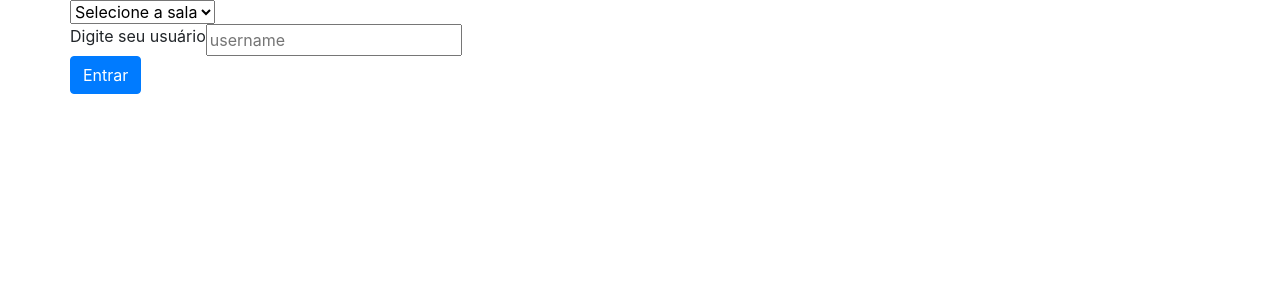
Repository: andre06x/chat-scoketio
Page: / (app in front/)
These files come from the project's save history. The page is drawn as it stood at one moment and after the next save; the edit follows.
The browser window is 1280 px wide. The pictures show the whole page.
The page's requests for data from a server got no answer. The project was rebuilt for these pictures with package versions that can differ from the ones it lists, and the page was loaded fresh each time. No one was signed in, and anything a server would have sent is missing. Also part of the build but not shown: front/vite.config.js, front/src/chat.js.

Above is the page before, as saved 2022-05-16 10:57:41.

### front/index.html
<!DOCTYPE html>
<html lang="en">
  <head>
    <meta charset="UTF-8" />
    <link rel="icon" type="image/svg+xml" href="/src/favicon.svg" />
    <meta name="viewport" content="width=device-width, initial-scale=1.0" />
    <link rel="stylesheet" href="https://cdn.jsdelivr.net/npm/bootstrap@4.6.1/dist/css/bootstrap.min.css" integrity="sha384-zCbKRCUGaJDkqS1kPbPd7TveP5iyJE0EjAuZQTgFLD2ylzuqKfdKlfG/eSrtxUkn" crossorigin="anonymous">

    <title>Vite App</title>
  </head>
  <body>
    <div id="root"></div>
    <script type="module" src="/src/main.jsx"></script>
  </body>
</html>

### front/src/App.jsx
import { useEffect, useState } from 'react'
import logo from './logo.svg'
import './App.css'
import { Rotas } from "./routes"


function App() {
  return (
    <Rotas/>
  )
}

export default App

### front/src/routes.js
import {
  BrowserRouter,
  Routes,
  Route,
} from "react-router-dom";
import React from 'react';

import { Home } from './index';
import { Chat } from './chat';

const Rotas = () => {
  return (
    <BrowserRouter>
      <Routes>
        <Route path="/" element={<Home />} />
        <Route path="chat/:sala/:user" element={<Chat />} />
      </Routes>
    </BrowserRouter>
  )
}
export { Rotas }

### front/src/index.jsx
import React, { useEffect } from 'react';
import socketIOClient from "socket.io-client";
const ENDPOINT = "http://127.0.0.1:5000";;
import axios from 'axios';
const Home = () => {

  useEffect(() => {
    const socket = socketIOClient(ENDPOINT);
    socket.on("teste", data => {
      console.log(data)
    });

    const get = async  () => {
      const { data } = await axios.get("http://localhost:5000/teste");
      console.log(data)
    }

    get();
  }, []);

  return (
    <div class="container">
      <div class="row">
        <select name="select_room" id="select_room">
          <option value="-1">Selecione a sala</option>
          <option value="node">Node</option>
          <option value="java">Java</option>
          <option value="reactjs">ReactJS</option>
          <option value="elixir">Elixir</option>
        </select>
      </div>

      <div class="row">
        <label class="form-label">Digite seu usuário</label>
        <input type="text" name="username" placeholder="username"/>
      </div>

      <div class="row">
        <button type="submit" class="btn btn-primary mb-3">Entrar</button>
      </div>

    </div>
  )
}

export { Home }

Loaded but not shown: front/src/main.jsx (common file); front/src/index.css (common file); front/src/App.css (common file)

After the next save:
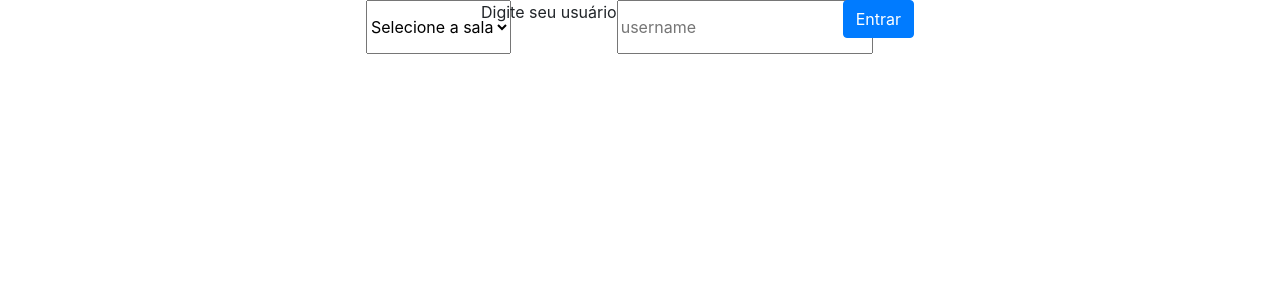
Saved 31 s later.
--- a/front/src/index.jsx
+++ b/front/src/index.jsx
@@ -19,7 +19,7 @@
   }, []);
 
   return (
-    <div class="container">
+    <div class="container d-flex justify-content-center">
       <div class="row">
         <select name="select_room" id="select_room">
           <option value="-1">Selecione a sala</option>

After the save that followed:
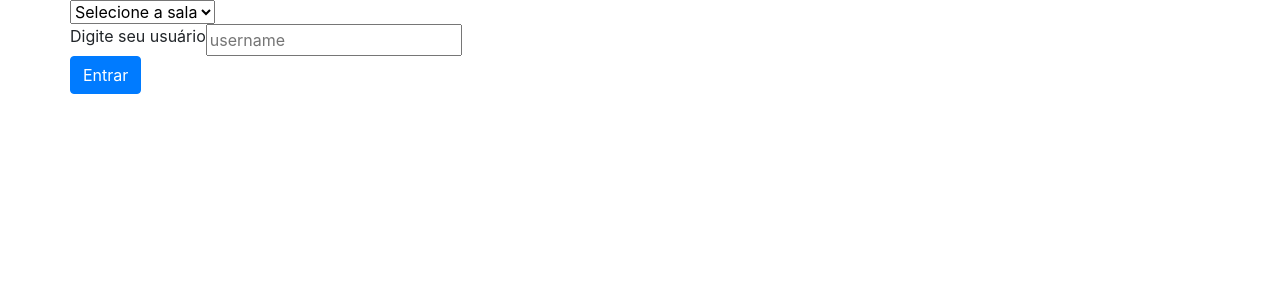
Saved 12 s later.
--- a/front/src/index.jsx
+++ b/front/src/index.jsx
@@ -19,7 +19,7 @@
   }, []);
 
   return (
-    <div class="container d-flex justify-content-center">
+    <div class="container d-flex flex-column justify-content-center">
       <div class="row">
         <select name="select_room" id="select_room">
           <option value="-1">Selecione a sala</option>
